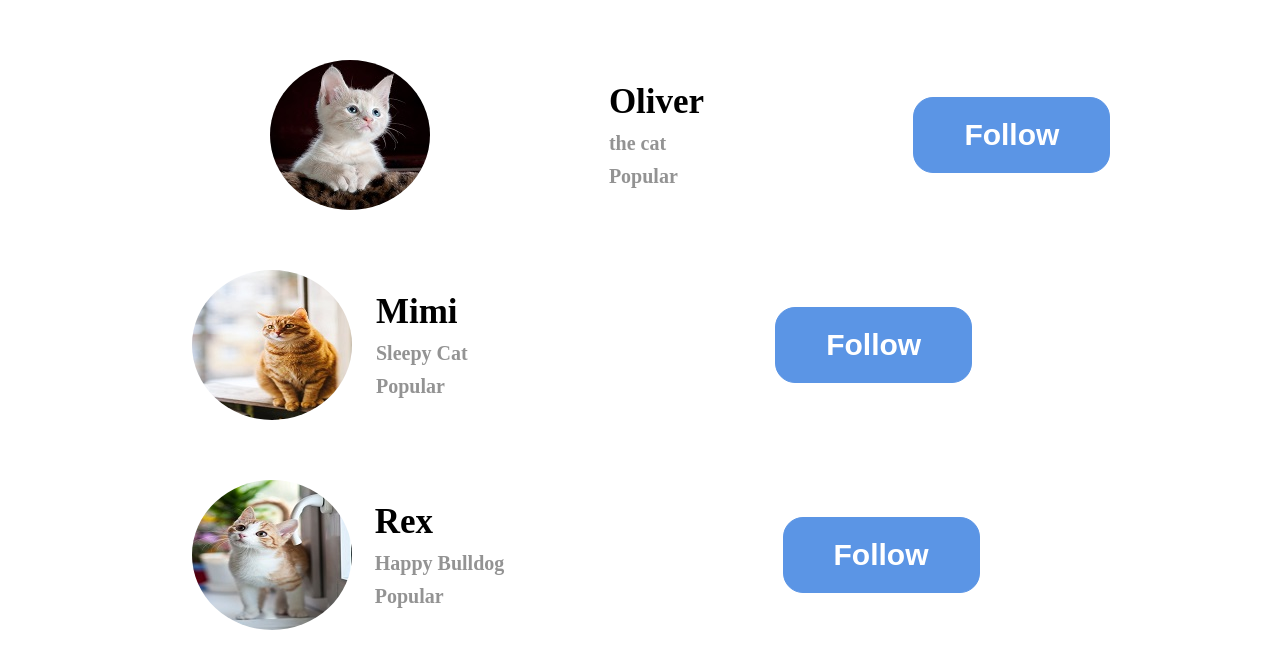
Repository: arifshahriyarnader/css-flexbox
Page: Exercise 4/index.html
An editor plug-in stored every save of this project. The page is shown before and after the next save, followed by the edit.
The browser window is 1280 px wide. The pictures show the whole page.

Above is the page before, as saved 2024-06-21 11:51:42.

After the next save:
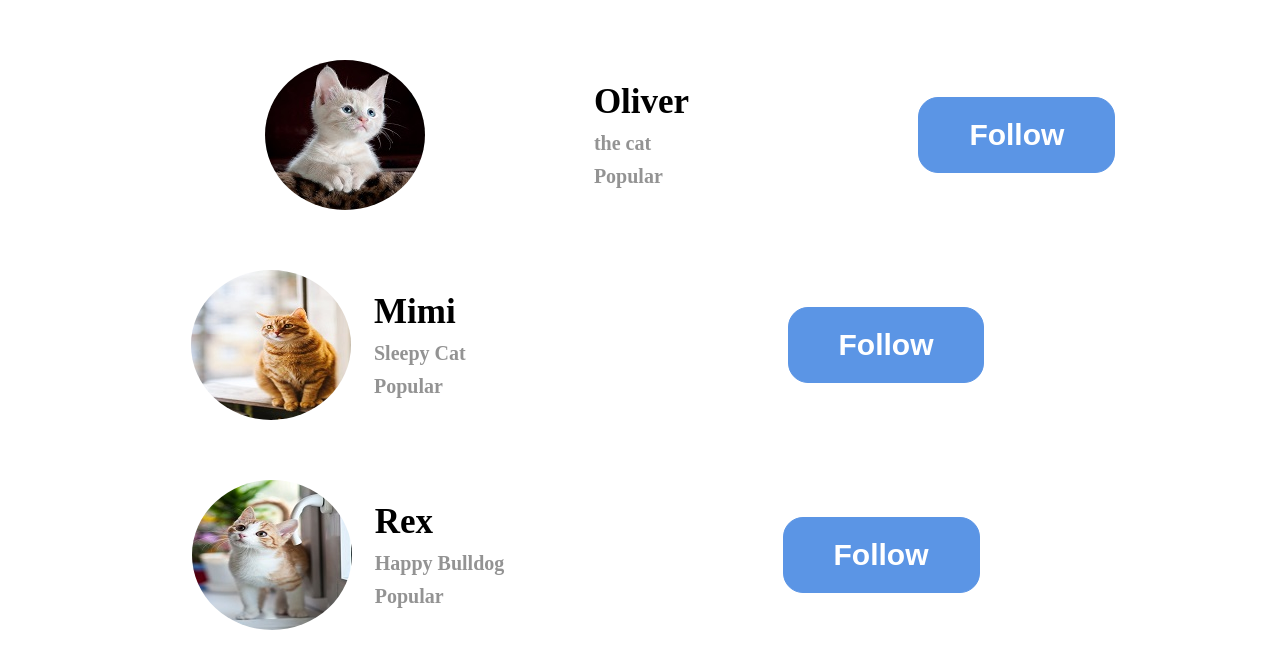
Saved 7 s later.
--- a/Exercise 4/css/style.css
+++ b/Exercise 4/css/style.css
@@ -15,7 +15,7 @@
 }
 .follow_content h3{
     font-size: 35px;
-    margin-right: 30px;
+    margin-right: 60px;
 
 }
 
